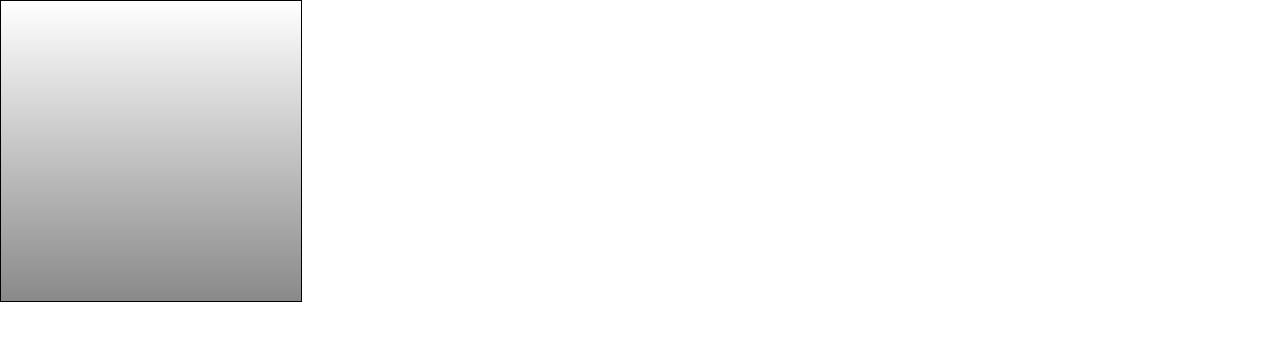
Repository: jongheonleee/hello_my_react
Page: /
These files come from the project's save history. The page is drawn as it stood at one moment and after the next save; the edit follows.
The browser window is 1280 px wide. The pictures show the whole page.
The project was rebuilt for these pictures with package versions that can differ from the ones it lists, and the page was loaded fresh each time.

Above is the page before, as saved 2024-09-04 11:43:28.

### src/App.js

import { Component }  from 'react';
import ScrollBox from './learning/ScrollBox';

class App extends Component {
  render() {
    return (
      <div>
        <ScrollBox/>
      </div>
    );
  }
}

export default App;

### src/learning/ScrollBox.js
import { Component } from "react";

class ScrollBox extends Component {

    scrollToBottom = () => {
        const {scrollHeight, clientHeight} = this.box;

        /*
        * 앞의 코드에는 비구조화 할당 문법을 사용함
        * const scrollHeight = this.box.scrollHeight;
        * const clientHeight = this.box.clientHeight;
        */

        this.box.scrollTop = scrollHeight - clientHeight;


    }

    render() {
        const style = {
            border : '1px solid black',
            height : '300px',
            width : '300px',
            overflow : 'auto',
            position : 'relative'
        };

        const innerStyle = {
            width : '100%',
            height : '650px',
            background : 'linear-gradient(white, black)'
        }

        return (
            <div
                style = {style}
                ref = {(ref) => {this.box = ref}}
            >
                <div style={innerStyle}/>
            </div>
        );
    }
}

export default ScrollBox;

Loaded but not shown: public/index.html (common file); src/index.js (common file); src/index.css (common file); src/reportWebVitals.js (common file)

After the next save:
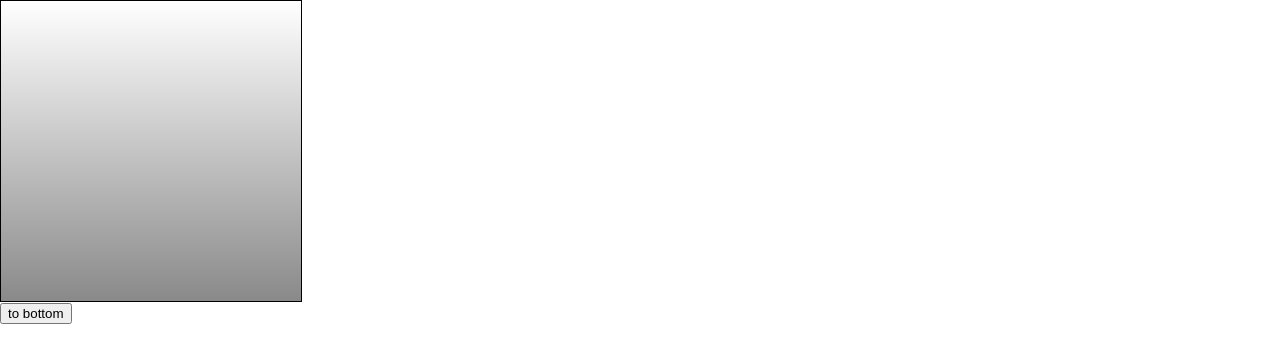
Saved 93 s later.
--- a/src/App.js
+++ b/src/App.js
@@ -6,7 +6,10 @@ class App extends Component {
   render() {
     return (
       <div>
-        <ScrollBox/>
+        <ScrollBox ref={(ref) => this.ScrollBox=ref}/>
+          <button onClick={() => this.ScrollBox.scrollToBottom}>
+            to bottom
+          </button>
       </div>
     );
   }
